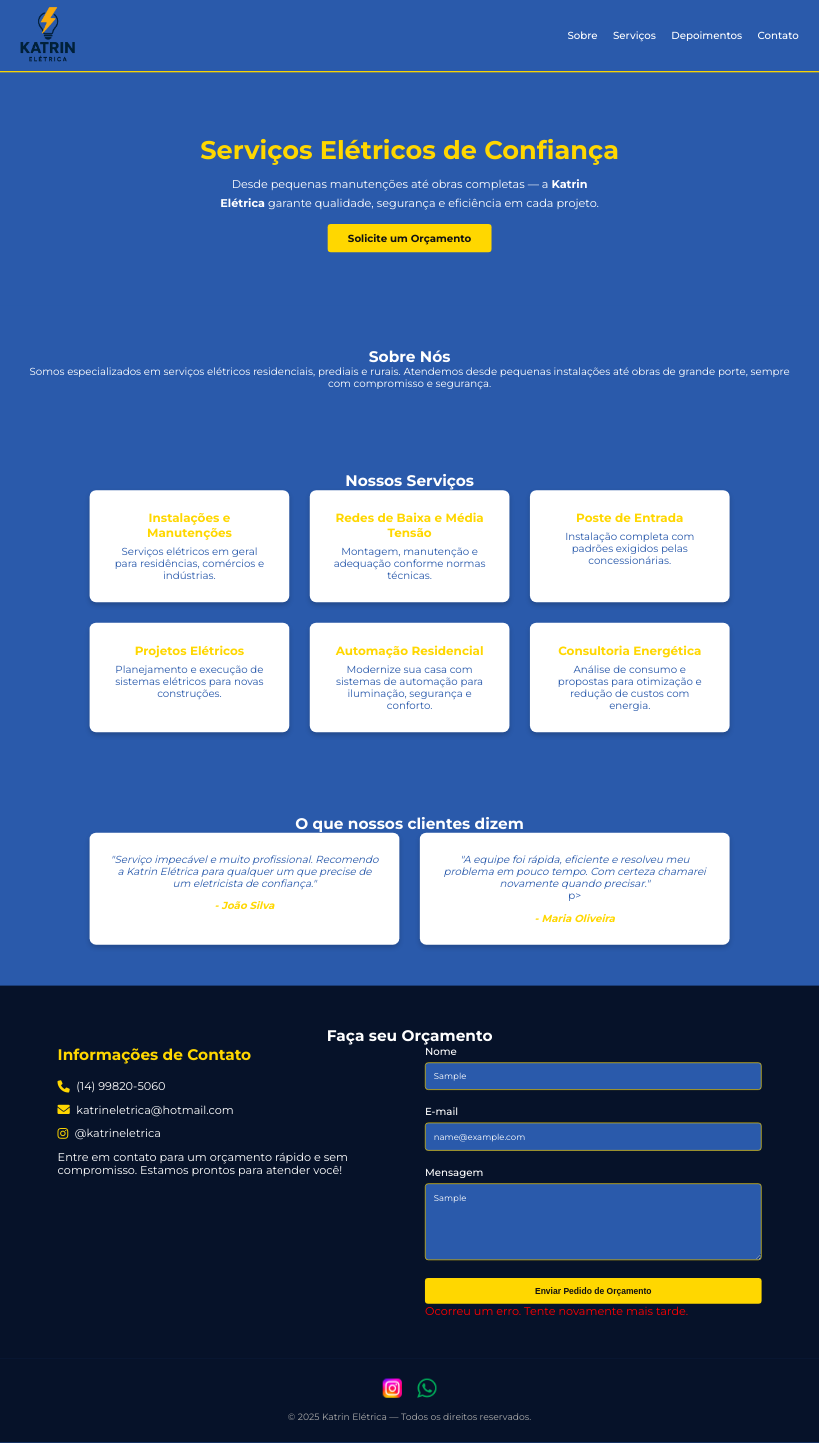
Repository: Jvcamargo1/katrin-site
Page: index.html
An editor plug-in stored every save of this project. The page is shown before and after a run of saves, followed by the edit.
The browser window is 1280 px wide. The pictures show the whole page, at 64% of full size.
Empty fields were first filled with sample values (such as "Sample", 5 or name@example.com).
After loading, the first visible `#contact-form` was submitted once.
The page's requests for data from a server got no answer.

Above is the page before, as saved 2025-11-06 21:12:53.

After the next 2 saves:
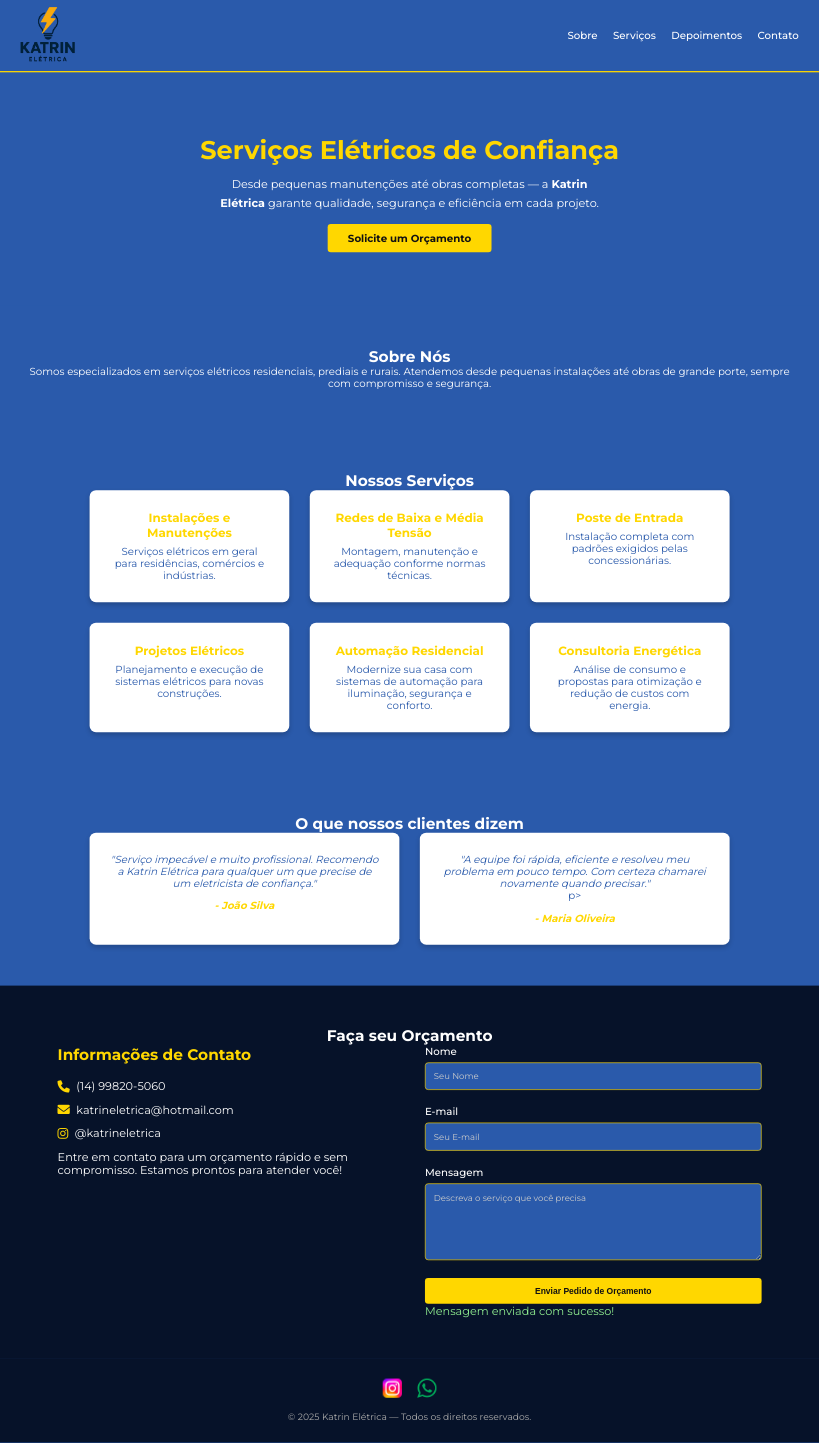
The 2 saves are shown as one change because they came seconds apart.
The last was saved 99 s later.
--- a/index.html
+++ b/index.html
@@ -140,30 +140,28 @@
         mensagem: formData.get('mensagem'),
       };
 
+      // Mostra a mensagem de "Enviando..." e desabilita o botão
       formMessage.textContent = 'Enviando...';
       formMessage.style.color = 'var(--amarelo)';
       submitButton.disabled = true;
 
-      fetch('http://localhost:3000/send-email', {
-        method: 'POST',
-        headers: {
-          'Content-Type': 'application/json',
-        },
-        body: JSON.stringify(data),
-      })
-      .then(response => response.text())
-      .then(result => {
+      // Simula um tempo de espera de 1.5 segundos (como se estivesse enviando)
+      setTimeout(() => {
+        // Exibe a mensagem de sucesso
         formMessage.textContent = 'Mensagem enviada com sucesso!';
         formMessage.style.color = 'lightgreen';
+
+        // Limpa os campos do formulário
         contactForm.reset();
-      })
-      .catch(error => {
-        formMessage.textContent = 'Ocorreu um erro. Tente novamente mais tarde.';
-        formMessage.style.color = 'red';
-        console.error('Error:', error);
-      }).finally(() => {
-        submitButton.disabled = false; // Reabilita o botão no final
-      });
+
+        // Reabilita o botão após o "envio"
+        submitButton.disabled = false;
+
+        // Opcional: faz a mensagem de sucesso desaparecer após 5 segundos
+        setTimeout(() => {
+          formMessage.textContent = '';
+        }, 5000);
+      }, 1500);
     });
   </script>
 </body>
